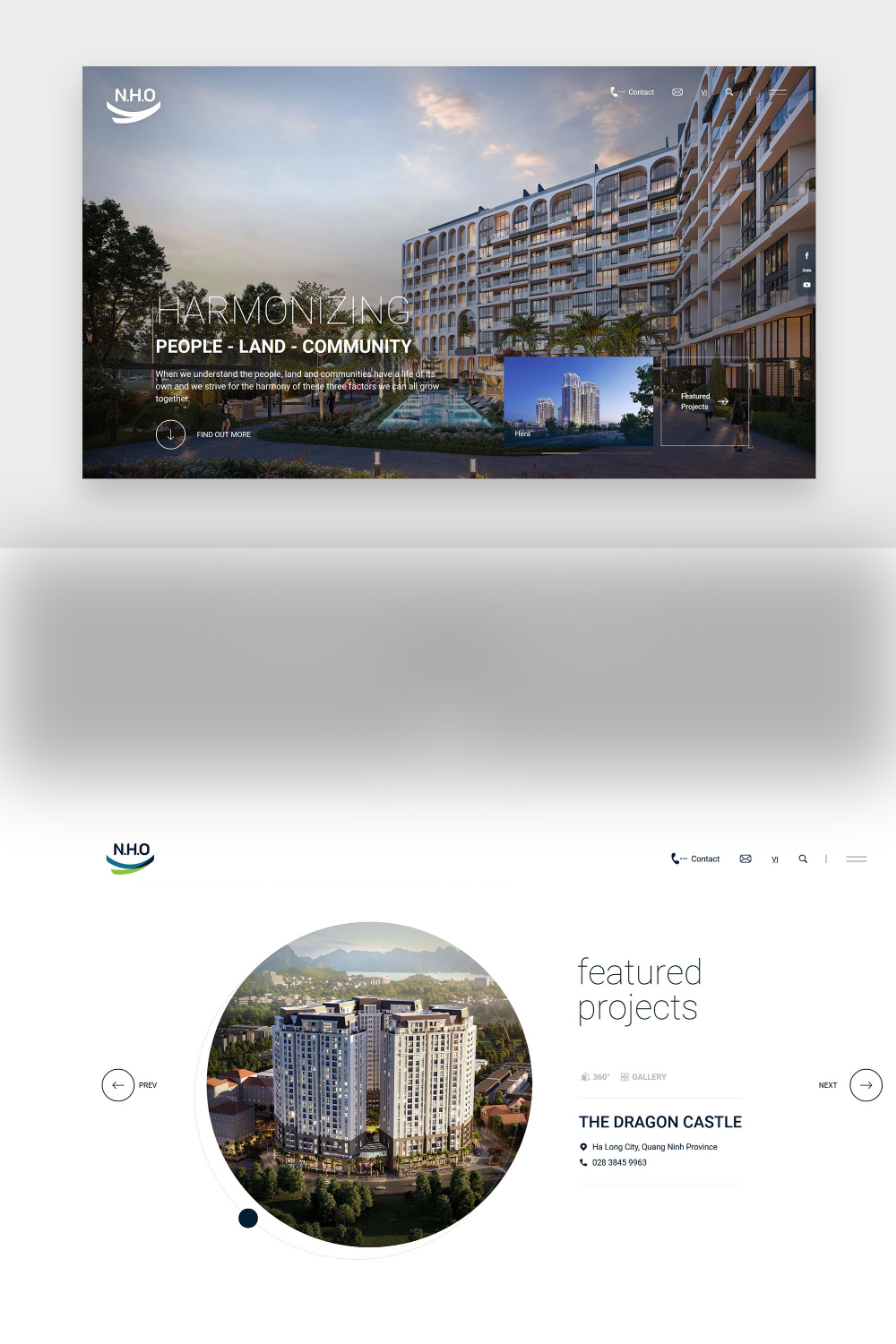
Repository: Minns-Cao/project-BTQ
Page: company.html
These files come from the project's save history. The page is drawn as it stood at one moment and after the next save; the edit follows.
The browser window is 1280 px wide. The pictures show the part of the page from y = 0 to 1920 px (the page is 6093 px tall), at 70% of full size.

Above is the page before, as saved 2023-07-02 09:48:47.
Console error: TypeError: Cannot read properties of null (reading 'addEventListener')

### company.html
<!DOCTYPE html>
<html lang="en">
    <head>
        <meta charset="UTF-8" />
        <meta http-equiv="X-UA-Compatible" content="IE=edge" />
        <meta name="viewport" content="width=device-width, initial-scale=1.0" />
        <title>BTQ</title>
        <!-- Fonts -->
        <link rel="preconnect" href="https://fonts.googleapis.com" />
        <link rel="preconnect" href="https://fonts.gstatic.com" crossorigin />
        <link
            href="https://fonts.googleapis.com/css2?family=Roboto:wght@100;300;400;500;700;900&display=swap"
            rel="stylesheet"
        />
        <!-- Reset CSS -->
        <link rel="stylesheet" href="./assets/css/reset.css" />
        <!-- Style CSS -->
        <link rel="stylesheet" href="./assets/css/headerFooter.css" />
        <link rel="stylesheet" href="./assets/css/styleCompany.css" />
    </head>
    <body>
        <main>
            <div class="imgFirst">
                <img src="./imagesCompany/NHO/1.jpg" alt="" class="thumb" />
            </div>
            <div class="details-title-name">
                <h3 class="name">N.H.O JSC COMPANY</h3>
                <h3 class="label">Website N.H.O JSC</h3>
                <a href="https://www.nhojsc.vn/" class="linkWebCus">
                    <p class="seeMore">xem website</p>
                    <div class="icon">
                        <svg
                            xmlns="http://www.w3.org/2000/svg"
                            x="0px"
                            y="0px"
                            viewBox="0 0 100 100"
                        >
                            <path
                                fill="currentColor"
                                d="M99,11.6v76.8C99,94.3,94.3,99,88.4,99H11.6C5.7,99,1,94.3,1,88.4V11.6C1,5.7,5.7,1,11.6,1h76.8C94.3,1,99,5.7,99,11.6z
                        M78.1,15h-29c-2.8,0-5,2.2-5,5v3.1c0,2.8,2.5,5.3,5.3,5l12.2-0.3L16.6,73.1c-1.9,1.6-1.9,4.4,0,6.2l4.4,4.4c1.6,1.6,4.4,1.6,6.2,0
                       l44.9-45.3l-0.6,12.2c0,2.8,2.2,5.3,5,5.3h3.1c2.8,0,5-2.2,5-5v-29C84.6,21.9,85.2,15,78.1,15z"
                            ></path>
                        </svg>
                    </div>
                </a>
            </div>
            <div class="imgSecond">
                <img src="./imagesCompany/NHO/2.jpg" alt="" class="thumb" />
            </div>
            <div class="imgThird">
                <img src="./imagesCompany/NHO/3.jpg" alt="" class="thumb" />
            </div>
        </main>
        <script src="./app_OpenAns.js"></script>
    </body>
</html>

### assets/css/headerFooter.css
* {
    box-sizing: border-box;
}

:root {
    --color-bg1: #24547f;
    --color-bg2: #463b75;
    --color-bg3: #d9996b;
    --color-bg4: #86506c;
    --color-bg5: #206a54;
    --color-bg6: #779273;
    --color-bg7: #e48f92;
    --color-bg8: #6dbcc5;
    --color-bgMenu: #24547f;
}

html {
    font-size: 62.5%;
}

body {
    font-family: "Roboto", sans-serif;
    font-size: 1.6rem;
}

/* =======================HEADER======================= */
.navigation {
    position: fixed;
    top: 0;
    left: 0;
    display: flex;
    justify-content: space-between;
    width: 100%;
    padding: 20px 30px;
    z-index: 100000;
}

.navigation .logo {
    transition: all 0.5s ease-out;
}

.navigation .box {
    display: flex;
    justify-content: center;
    align-items: center;
    gap: 1vw;
}

.navigation .targetPage{
    display: flex;
    align-items: center;
    transition: all 0.8s ease-out;
}

.navigation .targetPage .dot {
    width: 20px;
    height: 20px;
}

.navigation .targetPage .namePage {
    text-transform: uppercase;
    color: #fff;
    font-size: 36px;
    vertical-align: middle;
    white-space: nowrap;
    letter-spacing: -1px;
    line-height: 1.1;
    display: inline-block;
    font-weight: 400;
    margin-left: 1vw;
}

.navigationBar {
    display: flex;
    align-items: center;
    gap: 80px;
}

.navigationBar .lang {
    position: relative;
    font-weight: 900;
    font-size: 18px;
    line-height: 50px;
    text-transform: uppercase;
    color: #fff;
    width: auto;
    display: inline-block;
    padding-bottom: 10px;
    visibility: hidden;
    opacity: 0;
    pointer-events: none;
    transition: all 0.5s ease-in-out 0.2s;
    z-index: 10000;
}

.navigationBar .lang.active {
    visibility: visible;
    opacity: 1;
    pointer-events: all;
}
.navigationBar .lang::after,
.navigationBar .lang::before {
    position: absolute;
    content: "";
    display: block;
    width: 30px;
    height: 1px;
    background-color: #fff;
}

.navigationBar .lang::after {
    top: 40%;
    left: 130%;
}
.navigationBar .lang::before {
    top: 40%;
    right: 130%;
}



.navigation .iconBar {
    position: relative;
    display: block;
    width: 70px;
    height: 60px;
    color: #000;
    transform: translateX(0);
    transition: all 0.5s ease-in-out 0.2s;
    z-index: 10000;
}

.navigation .iconBar.active{
    transform: translateX(2vw);
}

.navigation .iconBar .background{
    width: 100%;
    height: 100%;
    background-color: rgba(0,0,0,.1);
    border-radius: 5px;
    transform: translate(-10%, -5%);
    visibility:hidden;
}



.iconBar .lineMid,
.iconBar .lineTop,
.iconBar .lineBot {
    position: absolute;
    top: 25px;
    left: 0px;
    height: 2px;
    width: 75%;
    background-color: #fff;
    box-shadow: 3px 3px 0 rgb(0 0 0 / 10%);
    transition: all 0.3s ease-in-out;
}

.iconBar .lineMid {
    opacity: 1;
    visibility: visible;
}

.iconBar .lineTop {
    top: 15px;
    left: 5px;
    width: 40%;
}

.iconBar .lineBot {
    top: 35px;
    left: 5px;
    width: 40%;
}

.navigation .iconBar:hover .lineMid {
    width: 50%;
}

.navigation .iconBar:hover .lineTop,
.navigation .iconBar:hover .lineBot {
    width: 60%;
}

/* nav onClick */

.navigation .onClick.iconBar .lineMid {
    visibility: hidden;
    opacity: 0;
}

.navigation .onClick.iconBar .lineTop,
.navigation .onClick.iconBar .lineBot {
    top: 25px;
    left: 10px;
    width: 50%;
}

.navigation .onClick.iconBar .lineTop {
    transform: rotate(45deg);
}
.navigation .onClick.iconBar .lineBot {
    transform: rotate(-45deg);
}

.navigation .onClick.iconBar:hover .lineTop,
.navigation .onClick.iconBar:hover .lineBot {
    top: 25px;
    width: 50%;
}

.navigation .onClick.iconBar:hover .lineTop {
    left: 11px;
    transform: rotate(90deg);
    box-shadow: none;
}
.navigation .onClick.iconBar:hover .lineBot {
    left: 9px;
    transform: rotate(-90deg);
    box-shadow: none;
}

/* =======================HEADER-MENU======================= */

header .menu {
    position: absolute;
    top: 0;
    right: 0;
    width: 100%;
}

header .menu .bg-menu {
    position: absolute;
    top: 0;
    left: 0;
    display: block;
    width: 100vw;
    height: 100vh;
    z-index: 101;
    overflow: hidden;
    pointer-events: none;
}

header .menu .color-bg-menu {
    display: block;
    width: 100%;
    height: 100%;
    border-radius: 50%;
    background-image: linear-gradient(
        -135deg,
        var(--color-bgMenu) 65%,
        transparent 80%
    );
    opacity: 0;
    visibility: hidden;
    transition: all 0.3s linear;
    pointer-events: none;
}

header .menu .color-bg-menu.active {
    animation: bg-menuAnimation_active 0.5s linear forwards;
}
header .menu .color-bg-menu.noActive {
    animation: bg-menuAnimation_noActive 5s linear forwards;
}

@keyframes bg-menuAnimation_active {
    0% {
        opacity: 0;
        visibility: hidden;
        transform: translate(60%, -60%) scale(1);
    }
    30% {
        opacity: 0.98;
        visibility: visible;
    }
    100% {
        opacity: 0.98;
        visibility: visible;
        transform: translate(60%, -60%) scale(4);
        pointer-events: none;
    }
}
@keyframes bg-menuAnimation_noActive {
    0% {
        opacity: 0.98;
        visibility: visible;
        transform: translate(60%, -60%) scale(4);
    }
    30% {
        opacity: 0;
        visibility: visible;
    }
    100% {
        opacity: 0;
        visibility: none;
        transform: translate(60%, -60%) scale(3.5);
        pointer-events: all;
    }
}
header .menu .main-menu {
    position: absolute;
    top: 0;
    right: 0;
    display: flex;
    align-items: flex-end;
    flex-direction: column;
    gap: 50px;
    width: 100%;
    height: 100%;
    padding-top: 70px;
    margin-right: 10vw;
    margin-top: 10vh;
    z-index: 102;
    visibility: hidden;
    opacity: 0;
    pointer-events: none;
    transition: all 0.5s ease-in-out 0.2s;
}

header .menu .main-menu.active {
    visibility: visible;
    opacity: 1;
    pointer-events: all;
}

header .menu .iconHome {
    display: block;
    width: 50px;
    height: 36px;
    color: #fff;
}

header .menu a{
    text-decoration: none;
}

header .menu .menuItem {
    font-weight: 900;
    font-size: calc(100vh / 14);
    line-height: 1;
    letter-spacing: 2px;
    text-transform: uppercase;
    white-space: nowrap;
    color: #fff;
    -webkit-text-stroke: 1px #fff;
    -webkit-text-fill-color: transparent;
    transition: all 0.5s ease-in-out;

}

header .menu .menuItem:hover {
    color: #fcd62c;
    -webkit-text-stroke: 1px #fcd62c;
    -webkit-text-fill-color: #fcd62c;
}

footer .contentBlockFooter{
    height: 35vh;
    background-color: #91b879;
    position: relative;
}

footer .contentBlockFooter::after{
    position: absolute;
    content: '';
    display: block;
    pointer-events: none;
    background-color: #fff;
    width: 1px;
    height: 6vw;
    top: -3vw;
    left: 50%;
    z-index: 10;
}

footer .contentBlockFooter .contentBox {
    padding-top: 60px;
    display: flex;
    flex-direction: column;
    justify-content: center;
    align-items: center;
}

footer .contentBlockFooter .contentBox svg{
    color: #fff;
    width: 60px;
    height: 60px;
}

footer .contentBlockFooter .contentBox .copyRight{
    font-size: 13px;
    line-height: 1.2;
    color: #fff;
    text-transform: uppercase;
}

footer .contentBlockFooter .contentBox .copyRight strong {
    font-weight: 900;
}

### assets/css/styleCompany.css
.thumb {
    width: 100vw;
}

.details-title-name {
    display: flex;
    justify-content: center;
    align-items: center;
    flex-direction: column;
    width: 100%;
    height: 45vh;
    background-color: rgba(0,0,0,.3);
    filter: blur(50px);
}

.details-title-name .name{
    font-size: 5vw;
    font-weight: 100;
    line-height: 1.2;
    position: relative;
    margin: 10px 0;
    color: #fff;
    text-align: center;
    display: block;
}

.details-title-name .label {
    font-size: 16px;
    line-height: 1.4;
    position: relative;
    margin: 0 0 10px;
    color: #fff;
    padding: 10px;
    background-color: rgba(0,0,0,.2);
    text-align: center;
    display: inline-block;
}

.details-title-name .linkWebCus {
    display: flex;
    flex-direction: column;
    justify-content: center;
    align-items: center;
    gap: 10px;
    margin: 10px auto;
    font-family: Arial,Helvetica,sans-serif;
    font-weight: 400;
    font-size: 14px;
    line-height: 1.4;
    width: 130px;
    text-decoration: none;
}

.details-title-name .linkWebCus .seeMore {

    color: #fff;
}


.details-title-name .icon {
    width: 40px;
    height: 40px;
    color: #fff;
}



#myIframe {
    position: absolute;
    height: 100vh;
    top: 0;
    left: 0;
    right: 0;
    bottom: 0;
    z-index: 1000000;
    background-color: rebeccapurple;
    overflow: hidden;
}

### app_OpenAns.js
// ======================activeIconMenuBar=========================
function activeIconMenuBar(x) {
    x.classList.toggle("onClick");
    let mainMenu = document.querySelector("header .menu .main-menu");
    let lang = document.querySelector(".navigationBar .lang");
    let bgMenu = document.querySelector("header .menu .color-bg-menu");
    if (x.classList.contains("onClick")) {
        mainMenu.classList.add("active");
        lang.classList.add("active");
        bgMenu.classList.add("active");
        bgMenu.classList.remove("noActive");
        changeBackroundMenu();
    } else {
        mainMenu.classList.remove("active");
        lang.classList.remove("active");
        bgMenu.classList.remove("active");
        bgMenu.classList.add("noActive");
    }
}

let dataBackgroundMenu = [
    "#24547f",
    "#463b75",
    "#d9996b",
    "#86506c",
    "#206a54",
    "#779273",
    "#e48f92",
    "#6dbcc5",
];

function changeBackroundMenu() {
    let first_elm = dataBackgroundMenu.shift();
    dataBackgroundMenu.push(first_elm);
    document
        .querySelector("header .menu .color-bg-menu")
        .style.setProperty("--color-bgMenu", dataBackgroundMenu[0]);
}

// ======================textRun=========================

let thisBox_list = document.querySelectorAll(
    ".contentBlock1 .textBanner .thisBox"
);
thisBox_list.forEach((thisBox) => {
    let widthContent = thisBox.offsetWidth / 2;
    let thisBoxStyles = getComputedStyle(thisBox);
    thisBox.style.setProperty("--contentWidth", `${-widthContent + 9.5}px`);
});

// ======================EnterButton=========================
let objIcon = document.querySelector(".obj-icon");
objIcon.addEventListener("mousemove", (e) => {
    let xValue = e.clientX;
    let yValue = e.clientY;
    let rectOfobjIcon = objIcon.getBoundingClientRect();
    let yValueBtn = rectOfobjIcon.top + rectOfobjIcon.height / 2;
    let xValueBtn = rectOfobjIcon.left + rectOfobjIcon.width / 2;
    let speed = 0.125;
    objIcon.style.transform = `translate(${-(xValue - xValueBtn) * speed}px,${
        -(yValue - yValueBtn) * speed
    }px) `;
});

objIcon.addEventListener("mouseout", () => {
    objIcon.style.transform = `translate(0,0)`;
});
// ======================ScrollAnimation=========================

function moveNav(target) {
    let logoNav = document.querySelector("header .navigation .logo");
    let targetPage = document.querySelector("header .navigation .targetPage");
    let bar = document.querySelector("header .navigation .iconBar");
    let bar_backGround = document.querySelector(
        "header .navigation .iconBar .background"
    );
    if (target < 1) {
        logoNav.style.transform = `translate(0,0)`;
        targetPage.style.transform = `translate(0,0)`;
        bar.classList.remove("active");
        bar_backGround.style.visibility = "hidden";
    }
    if (target > 1 && target < 100) {
        logoNav.style.transform = `translate(${-target * 200}px,0)`;
        targetPage.style.transform = `translate(0,${-target * 200}px)`;
        bar.classList.add("active");
        bar_backGround.style.visibility = "visible";
    }
}

window.addEventListener("scroll", (e) => {
    let heightOfFooter = document.querySelector("footer").offsetHeight;
    //Vị trí của scroll (không tính footer)
    let targetScroll =
        (window.pageYOffset /
            (document.body.offsetHeight -
                heightOfFooter -
                window.innerHeight)) *
        100;
    moveNav(targetScroll);
});

function ScrollAnimation(elm, distance, speed, trend, first) {
    window.addEventListener("scroll", function () {
        //khoảng di chuyển
        let x = (window.innerHeight - elm.getBoundingClientRect().top) * speed;

        //xử lý bug phần tử đầu tiên khi scroll
        if(first === "true") {
            x = x - (window.innerHeight * speed);
        }

        //giới hạn di chuyển từ 0 tới distance
        let movePos = Math.max(0, Math.min(distance, x));

        //gán giá trị transform cho elm
        if (trend === "down" || trend === undefined) {
                elm.style.transform = `translateY(${movePos}px)`;
        } else if (trend === "up") {
            elm.style.transform = `translateY(${-(movePos - distance)}px)`;
        }
    });
}

let list_scrollElm = document.querySelectorAll(".scrollElm");

list_scrollElm.forEach((scrollElm) => {
    let distance = scrollElm.dataset.distance;
    let speed = scrollElm.dataset.speed;
    let trend = scrollElm.dataset.trend;
    let first = scrollElm.dataset.first;
    ScrollAnimation(scrollElm, distance, speed, trend, first);
});




// ========================
// var iframe = document.getElementById('myIframe');

// // Ngăn sự kiện cuộn trang web chính
// window.addEventListener('scroll', function(e) {
//   e.preventDefault();
//   window.scrollTo(0, 0);
// });

// // Cho phép cuộn bên trong iframe
// iframe.addEventListener('load', function() {
//   iframe.contentWindow.addEventListener('scroll', function(e) {
//     e.stopPropagation();
//   });
// });

Loaded but not shown: assets/css/reset.css (common file)

After the next save:
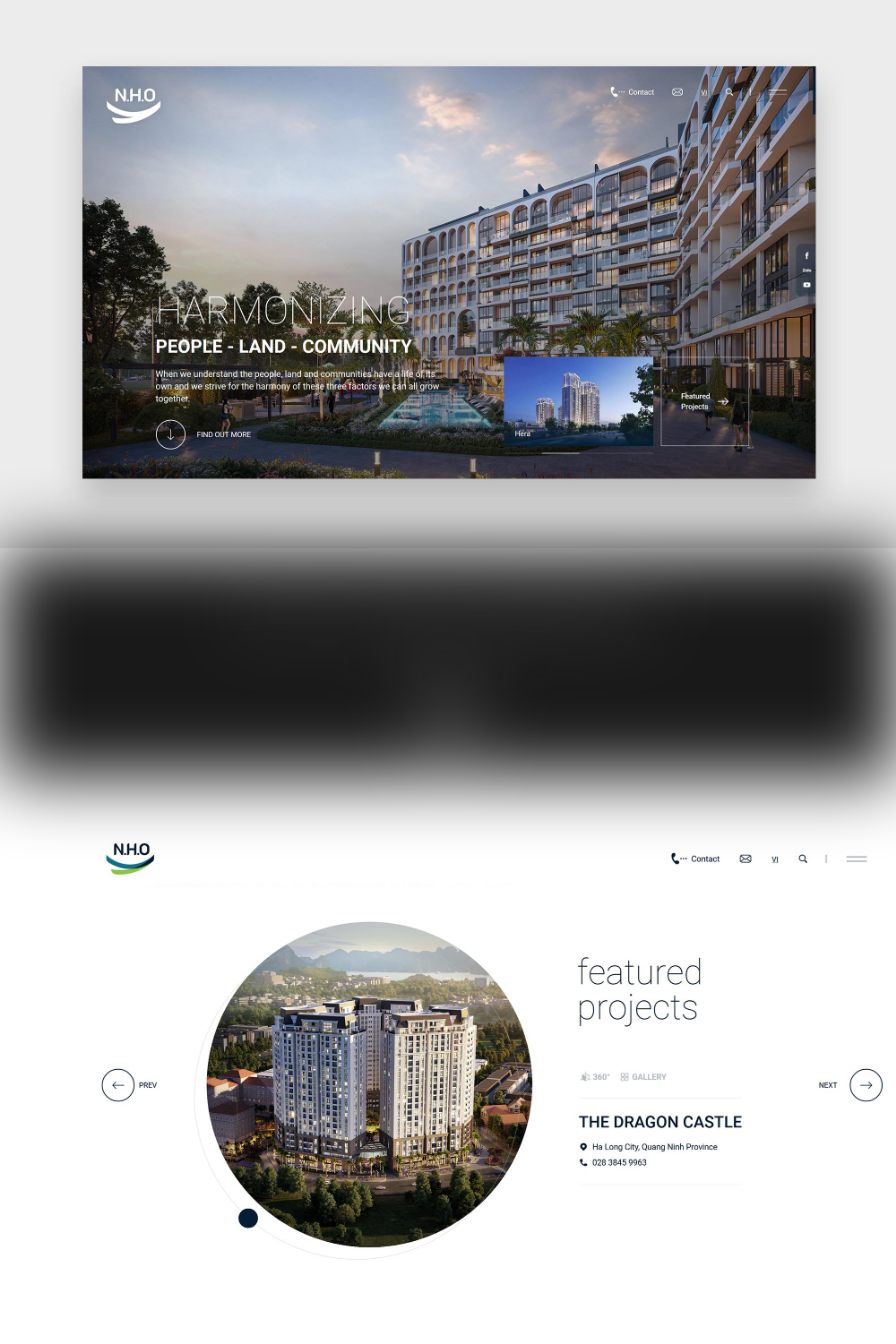
Saved 5 s later.
--- a/assets/css/styleCompany.css
+++ b/assets/css/styleCompany.css
@@ -9,7 +9,7 @@
     flex-direction: column;
     width: 100%;
     height: 45vh;
-    background-color: rgba(0,0,0,.3);
+    background-color: rgba(0,0,0,.9);
     filter: blur(50px);
 }
 

After the 2 saves that followed:
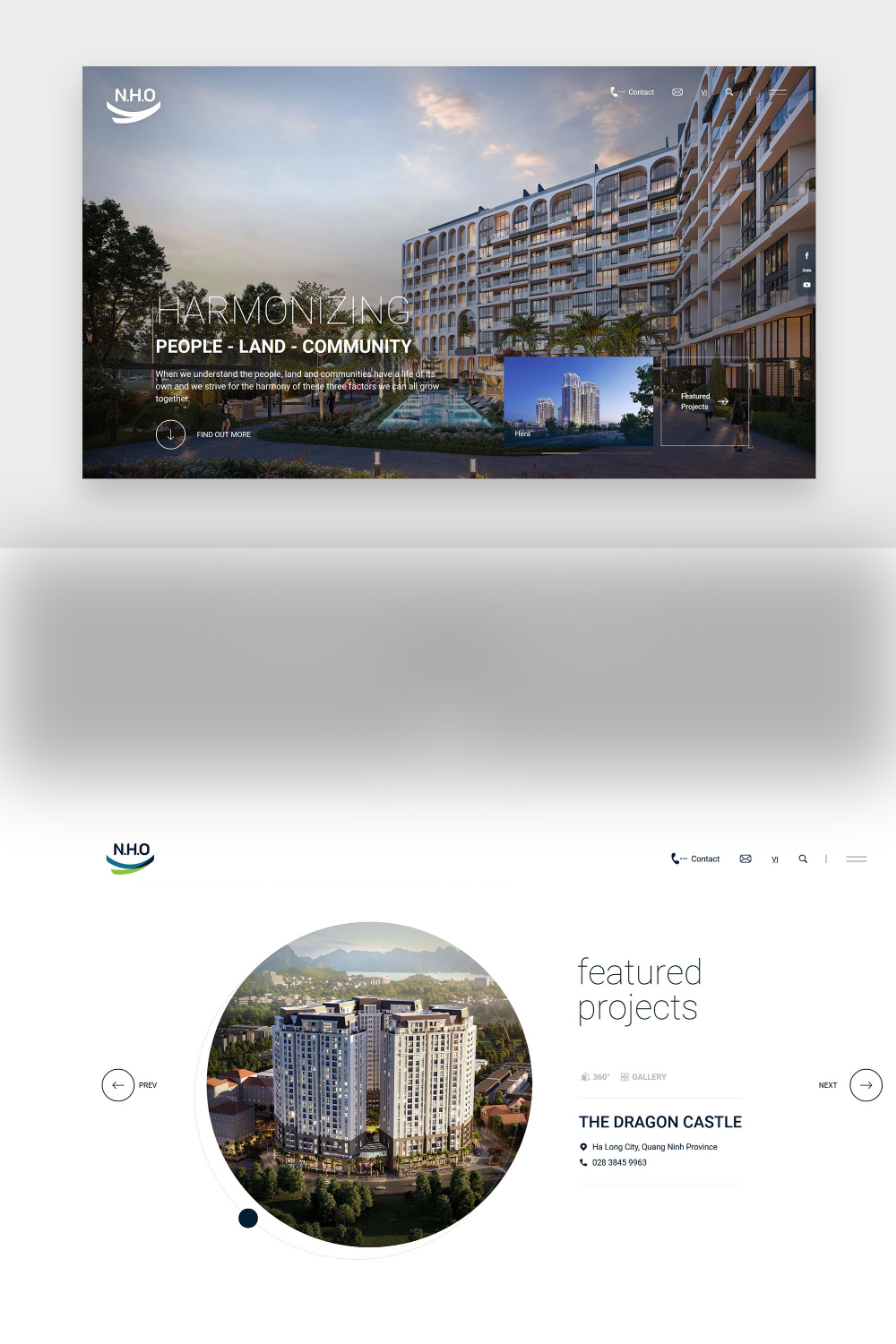
The 2 saves are shown as one change because they came seconds apart.
The last was saved 9 s later.
--- a/assets/css/styleCompany.css
+++ b/assets/css/styleCompany.css
@@ -9,7 +9,7 @@
     flex-direction: column;
     width: 100%;
     height: 45vh;
-    background-color: rgba(0,0,0,.9);
+    background-color: rgba(0,0,0,.3);
     filter: blur(50px);
 }
 
